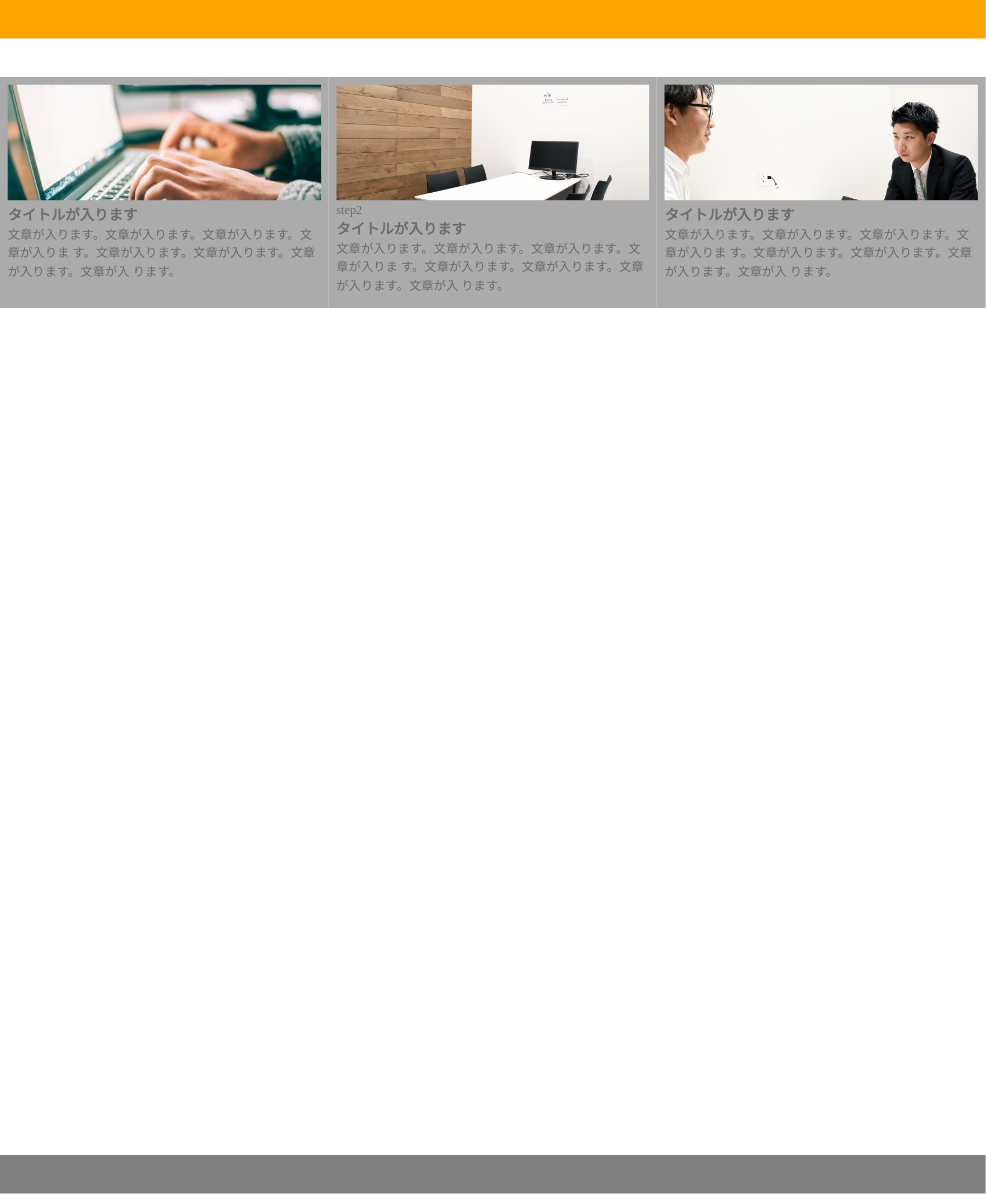
Repository: 220416/kadai1
Page: html/responsive.html
The author's editor kept a record of every edit. The page is drawn from the files as they stood at one moment, then again after the next edit.
The browser window is 1280 px wide. The pictures show the whole page, at 77% of full size.

Above is the page before.

After the next edit:
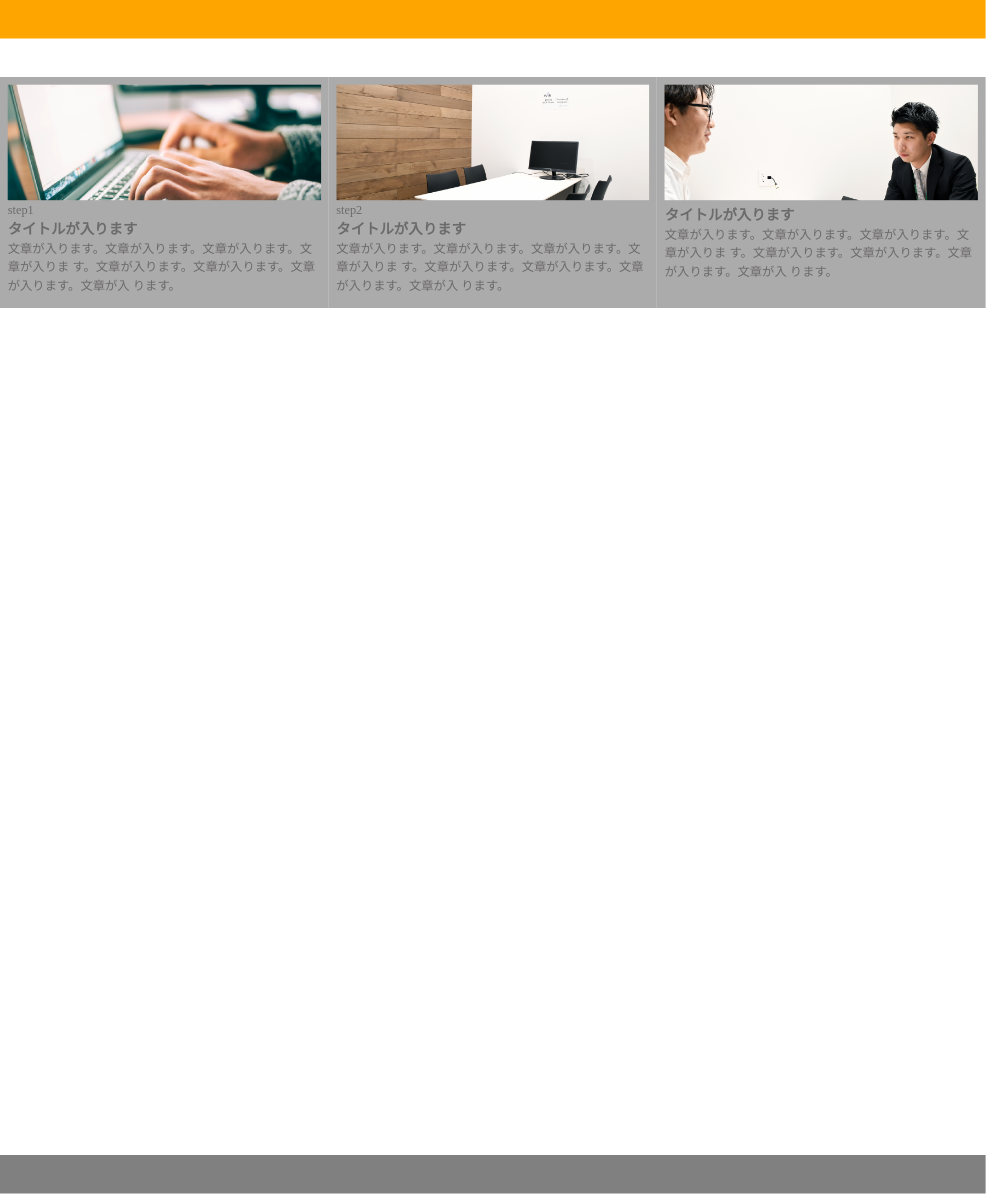
The edit:
--- a/html/responsive.html
+++ b/html/responsive.html
@@ -14,6 +14,7 @@
     <main>
     <div class="main-visual">
       <img class="image" src="img/flow01.png">
+      <p class="step"> step1 </p>
       <div class="main-visual-content">
         <h3 class ="ain-visual-text">タイトルが入ります</h3>
         <p class="main-visual-text">文章が入ります。文章が入ります。文章が入ります。文章が入りま
